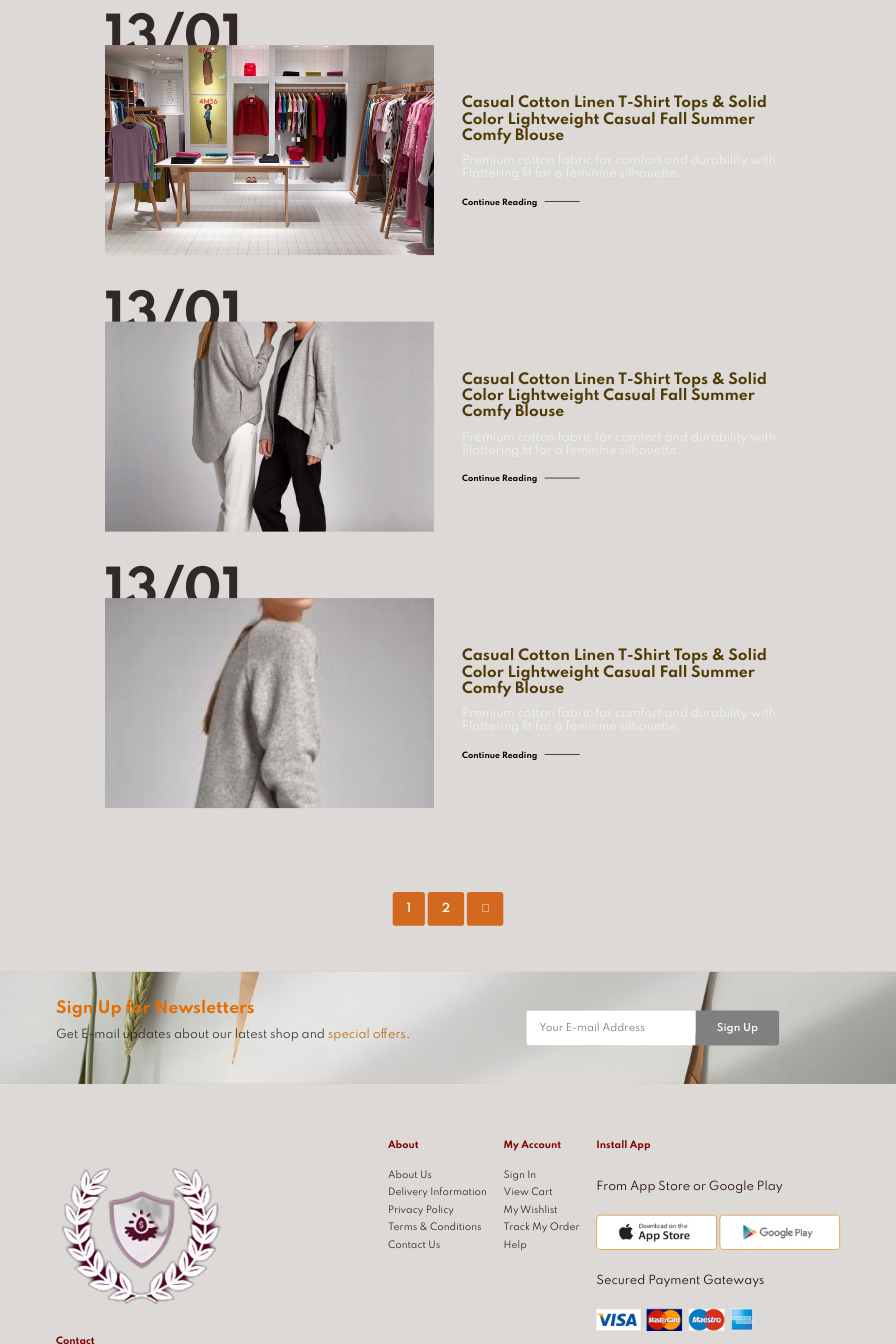
Repository: JhananiNallasamy/ECommerce-website-deployment
Page: blog.html
These files come from the project's save history. The page is drawn as it stood at one moment and after the next save; the edit follows.
The browser window is 1280 px wide. The pictures show the part of the page from y = 1308 to 3228 px (the page is 3598 px tall), at 70% of full size.
Some web libraries are served in a nearby version.

Above is the page before, as saved 2024-05-05 10:35:32.

### blog.html
<!DOCTYPE html>
<html lang="en">
<head>
    <meta charset="UTF-8">
    <meta name="viewport" content="width=device-width, initial-scale=1.0">
    <title>E-COMMERCE WEBSITE</title>
    <link rel="stylesheet" href="https://pro.fontawesome.com/releases/v5.10.0/css/all.css"/>
    <link rel="stylesheet" href="style.css">
</head>

<body style="background-color: rgba(157, 149, 144, 0.353);">
    <section id="header">
        <a href="#"> <img src="img/logo.png" height="80px", width="90px" class="logo" alt="logo"> </a>

        <div>
            <ul id="navbar">
                <li><a href="index.html">Home</a></li>
                <li><a>Shop</a></li>
                <li><a class="active" href="blog.html">Blog</a></li>
                <li><a href="about.html">About</a></li>
                <li><a href="contact.html">Contact</a></li>
                <li id="lg-bag"><a href="cart.html"><i class="far fa-shopping-bag"></i></a></li>
                <a href="#" id="close"><i class="far fa-times"></i></a>
            </ul>
        </div>
        <div id="mobile">
            <a href="cart.html"><i class="far fa-shopping-bag"></i></a>
            <i id="bar" class="fas fa-outdent"></i>
        </div>
    </section>

    <!--nav bar code at top is over -->

    <section id="page-header" class="blog-header">

        <h2 style="color: #fffffff1">Fashion Fusion E-Logs</h2>
        <p style="color: #503a06; font-weight: bold;">Uncover the stories behind our products through captivating case studies!</p><br>
    </section>

    <section id="blog">
        <div class="blog-box">
            <div class="blog-img">
                <img src="img/blog/b1.jpg" alt="b1 in blog">
            </div>
            <div class="blog-details">
            <h4 style="color: #503a06;"> Casual Cotton Linen T-Shirt Tops & Solid Color Lightweight Casual Fall Summer Comfy Blouse </h4>
            <p>Premium cotton fabric for comfort and durability with Flattering fit for a feminine silhouette.</p>
            <a href="#"> Continue Reading </a>
            </div>
            <h1>13/01</h1>
        </div>
        <div class="blog-box">
            <div class="blog-img">
                <img src="img/blog/b2.jpg" alt="b2 in blog">
            </div>
            <div class="blog-details">
            <h4 style="color: #503a06;"> Casual Cotton Linen T-Shirt Tops & Solid Color Lightweight Casual Fall Summer Comfy Blouse </h4>
            <p>Premium cotton fabric for comfort and durability with Flattering fit for a feminine silhouette.</p>
            <a href="#"> Continue Reading </a>
            </div>
            <h1>13/01</h1>
        </div>
        <div class="blog-box">
            <div class="blog-img">
                <img src="img/blog/b3.jpg" alt="b3 in blog">
            </div>
            <div class="blog-details">
            <h4 style="color: #503a06;"> Casual Cotton Linen T-Shirt Tops & Solid Color Lightweight Casual Fall Summer Comfy Blouse </h4>
            <p>Premium cotton fabric for comfort and durability with Flattering fit for a feminine silhouette.</p>
            <a href="#"> Continue Reading </a>
            </div>
            <h1>13/01</h1>
        </div>
        <div class="blog-box">
            <div class="blog-img">
                <img src="img/blog/b4.jpg" alt="b4 in blog">
            </div>
            <div class="blog-details">
            <h4 style="color: #503a06;"> Casual Cotton Linen T-Shirt Tops & Solid Color Lightweight Casual Fall Summer Comfy Blouse </h4>
            <p>Premium cotton fabric for comfort and durability with Flattering fit for a feminine silhouette.</p>
            <a href="#"> Continue Reading </a>
            </div>
            <h1>13/01</h1>
        </div>
        <div class="blog-box">
            <div class="blog-img">
                <img src="img/blog/b5.jpg" alt="b5 in blog">
            </div>
            <div class="blog-details">
            <h4 style="color: #503a06;"> Casual Cotton Linen T-Shirt Tops & Solid Color Lightweight Casual Fall Summer Comfy Blouse </h4>
            <p>Premium cotton fabric for comfort and durability with Flattering fit for a feminine silhouette.</p>
            <a href="#"> Continue Reading </a>
            </div>
            <h1>13/01</h1>
        </div>



    </section>
        <section id="pagination" class="section-p1">
        <a href="#">1</a>
        <a href="#">2</a>
        <a href="#"><i class="fal fa-long-arrow-alt-right"></i></a>
        </section>


    <section id="newsletter" class="section-p1 section-m1">
        <div class="newstext">
            <h4>Sign Up for Newsletters</h4>
            <p>Get E-mail updates about our latest shop and <span>special offers</span>.</p>
        </div>
        <div class="form">
            <input type="text" placeholder="Your E-mail Address">
            <button class="normal">Sign Up</button>
        </div>
    </section>

    <footer class="section-p1">
        <div class="col">
            <img class="logo" src="img/logo.png" alt="logo image">
            <h4 style="color: maroon;">Contact</h4>
            <p style="color: maroon;"><strong>Address:</strong>103 Washington Road,Street32,SanFransico</p>
            <p style="color: maroon;"><strong>Phone:</strong>(+91) 78936 41730</p>
            <p style="color: maroon;"><strong>Hours:</strong>24 hrs,Mon-Sun</p>
            <div class="follow">
                <h4 style="color: rgb(32, 2, 2);">Follow Us</h4>
                <div class="icon">
                    <i class="fab fa-facebook-f"></i>
                    <i class="fab fa-twitter"></i>
                    <i class="fab fa-instagram"></i>
                    <i class="fab fa-pinterest-p"></i>
                    <i class="fab fa-youtube"></i>
                </div>
            </div>
        </div>
        <div class="col">
            <h4 style="color: maroon;">About</h4>
            <a href="#">About Us</a>
            <a href="#">Delivery Information</a>
            <a href="#">Privacy Policy</a>
            <a href="#">Terms & Conditions</a>
            <a href="#">Contact Us</a>
        </div>
        <div class="col">
            <h4 style="color: maroon;">My Account</h4>
            <a href="#">Sign In</a>
            <a href="#">View Cart</a>
            <a href="#">My Wishlist</a>
            <a href="#">Track My Order</a>
            <a href="#">Help</a>
        </div>
        <div class="col install">
            <h4 style="color: maroon;">Install App</h4>
            <p style="color: rgb(29, 2, 2);">From App Store or Google Play</p>
            <div class="row">
                <img src="img/pay/app.jpg" alt="app img in pay folder">
                <img src="img/pay/play.jpg" alt="play img in pay folder">
            </div>
            <p style="color: rgb(30, 2, 2);">Secured Payment Gateways</p>
            <img src="img/pay/pay.png"  alt="pay img inside pay folder">
        </div>
            <div class="copyright">
                <p style="color: rgb(14, 1, 1);">© 2025, Jhanani - HTML CSS Ecommerce Template</p>
            </div>
        </footer>


    <script src="script.js"></script>

</body>
</html>

Loaded but not shown: script.js (17 lines, source omitted); style.css (858 lines, source omitted)

After the next save:
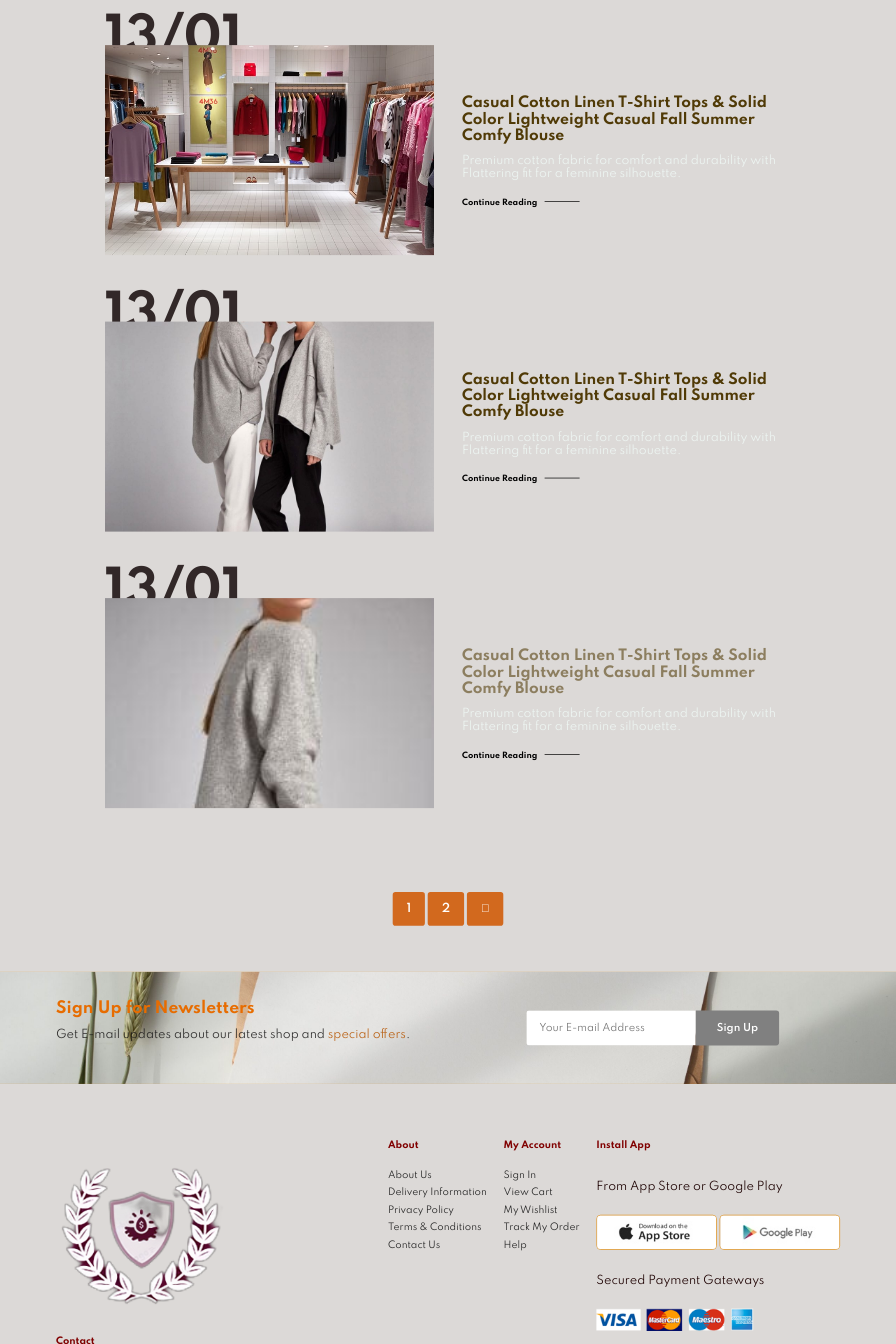
Saved 11 s later.
--- a/blog.html
+++ b/blog.html
@@ -87,7 +87,7 @@
                 <img src="img/blog/b5.jpg" alt="b5 in blog">
             </div>
             <div class="blog-details">
-            <h4 style="color: #503a06;"> Casual Cotton Linen T-Shirt Tops & Solid Color Lightweight Casual Fall Summer Comfy Blouse </h4>
+            <h4 style="color: #503a0692;"> Casual Cotton Linen T-Shirt Tops & Solid Color Lightweight Casual Fall Summer Comfy Blouse </h4>
             <p>Premium cotton fabric for comfort and durability with Flattering fit for a feminine silhouette.</p>
             <a href="#"> Continue Reading </a>
             </div>
